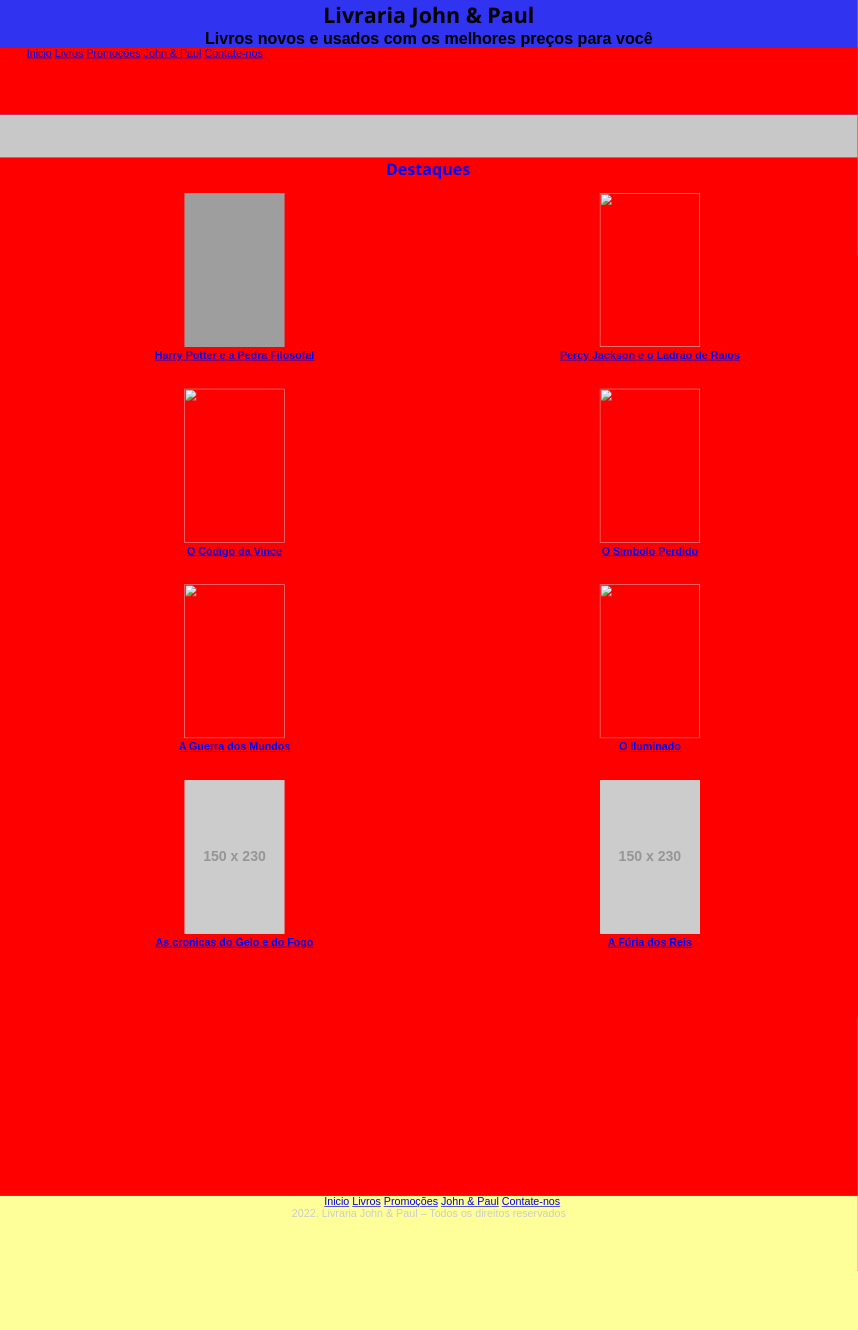
Repository: MarcoantonioCaldeira/Site-livraria-John-e-Paul
Page: index.html
The author's editor kept a copy of each file at every save. The page is drawn from the files as they stood at one save, then again after the next save.
The browser window is 1280 px wide. The pictures show the whole page, at 67% of full size.
Pictures or frames that could not be fetched are drawn as grey boxes.

Above is the page before, as saved 2022-09-23 21:53:50.

### index.html
<!doctype html>
<html dir="ltr" lang="pt-BR">
<head>
   <meta charset="utf-8">
   <meta name="viewport" content="width=device-width, initial-scale=1.0">

   <title>Meu Primeiro Projeto</title>
   <link rel="stylesheet" href="css/estilo.css">
</head>
<body>
<header id="topo">
   <h1 class="center"> Livraria John & Paul</h1>
   <h2 class="center">Livros novos e usados com os melhores preços para você</h2>
   <nav id="menu">
      <ul>
         <li><a href="index.html">Inicio</a></li>
         <li><a href="produtos.html">Livros</a></li>
         <li><a href="#">Promoções</a></li>
         <li><a href="sobre.html">John & Paul</a></li>
         <li><a href="contato.html">Contate-nos</a></li>
      </ul>
   </nav>
</header>
</label>


</nav>
<section class="destaques">
   <h2 style="color:blue" class="h2_destaque"> Destaques </h2>
   <ul>
      <li>
         <img src="images/" width="150" height="230" alt="">
         <a href="#"><strong>Harry Potter e a Pedra Filosofal</strong></a>
      </li>
      <li>
         <img src="" width="150" height="230" alt="">
         <a href="#"><strong>Percy Jackson e o Ladrão de Raios</strong></a>
      </li>
      <li>
         <img src="" width="150" height="230" alt="">
         <a href="#"><strong>O Código da Vince</strong></a>
      </li>
      <li>
         <img src="" width="150" height="230" alt="">
         <a href="#"><strong>O Símbolo Perdido</strong></a>
      </li>
      <li>
         <img src="" width="150" height="230" alt="">
         <a href="#"><strong>A Guerra dos Mundos</strong></a>
      </li>
      <li>
         <img src="" width="150" height="230" alt="">
         <a href="#"><strong>O Iluminado</strong></a>
      </li>
      <li>
         <img src="http://placehold.co/150x230" width="150" height="230" alt="">
         <a href="#"><strong>As cronicas do Gelo e do Fogo</strong></a>
      </li>
      <li>
         <img src="http://placehold.co/150x230" width="150" height="230" alt="">
         <a href="#"><strong>A Fúria dos Reis</strong></a>
      </li>
   </ul>
</section>
<footer id="rodape">
   <ul class="ul_rodape">
      <li><a href="index.html">Inicio</a></li>
      <li><a href="produtos.html">Livros</a></li>
      <li><a href="#">Promoções</a></li>
      <li><a href="sobre.html">John & Paul</a></li>
      <li><a href="contato.html">Contate-nos</a></li>
   </ul>
   <p>2022. Livraria John & Paul – Todos os direitos reservados</p>
</footer>

</body>
</html>

### css/estilo.css
/* Import font from google */
@import url(http://fonts.googleapis.com/css?family=Open+Sans:400,300,700);

*{
   margin: 0;
}


body{
   background-color: rgb(200,200,200);
   font-family: sans-serif;
   margin: 0;
   padding: 0;
}
h1,h3,h4,h5,h6{
   font-family: 'Open Sans', sans-serif;
}

.h2_destaque{
   margin-left: 45%;
   margin-top: 5%;
   font-family: 'Open Sans', sans-serif;
}

#topo, section{
   background-color:rgb(48, 51, 239);
   width: 100%;
   margin:0 auto;
}

.destaques{
   background-color: red;
   width: 100%;
   height:1550px;
}


#menu{
   width:100%;
   height:100px;
   background-color:red;
   margin:0 auto;
}


#menu li{
   display:inline;
}
.destaques li{
   width: 50%;
   float: left;
   text-align: center;
   list-style: none;
   padding: 20px 0;
}

.destaques li strong{
   width: 100%;
   display: block;
}
.center{
   text-align: center;
}
table, tr, td{
   border: 1px solid #000;
}
table{
   background-color: #ddd;
}
form fieldset{
   border: none;
}
form legend{
   text-transform: uppercase;
   font-size: 1.2em;
   padding: 0;
   width: 100%;
   border-bottom: 1px solid #555;
}
form label, form input:not([type=checkbox]), form select, form textarea{
   width: 100%;
}
form div{
   width: 48%;
   margin: 0 1%;
   height: 180px;
   float: left;
}
button{
   padding: 10px 20px;
   background-color: blue;
   color: #fff;
   border: none;
   -webkit-border-radius: 5px;
   -moz-border-radius: 5px;
   border-radius: 5px;
}
#rodape{
   width: 100%;
   height: 200px;
   background-color:  #ffff99;
   color: #ccc;
   float: left;
   text-align: center;
}

li {
   display: inline;
   text-decoration: none;
}

















@media  screen and (max-width: 750px){


   #main-menu {
      display: none;
    }
    #hamburger-menu {
      display: inline;
    }

   h2.center, h1.center{
      font-size: 19px;
      color: blue;
   }

   h2.h2_destaque{
      margin-left: 40%;
   }

   ul#ul_rodape{
      color: red;
   }

   p{
      color: black;
      margin-top: 20%;
      margin-left: 4%;
   }

}

After the next save:
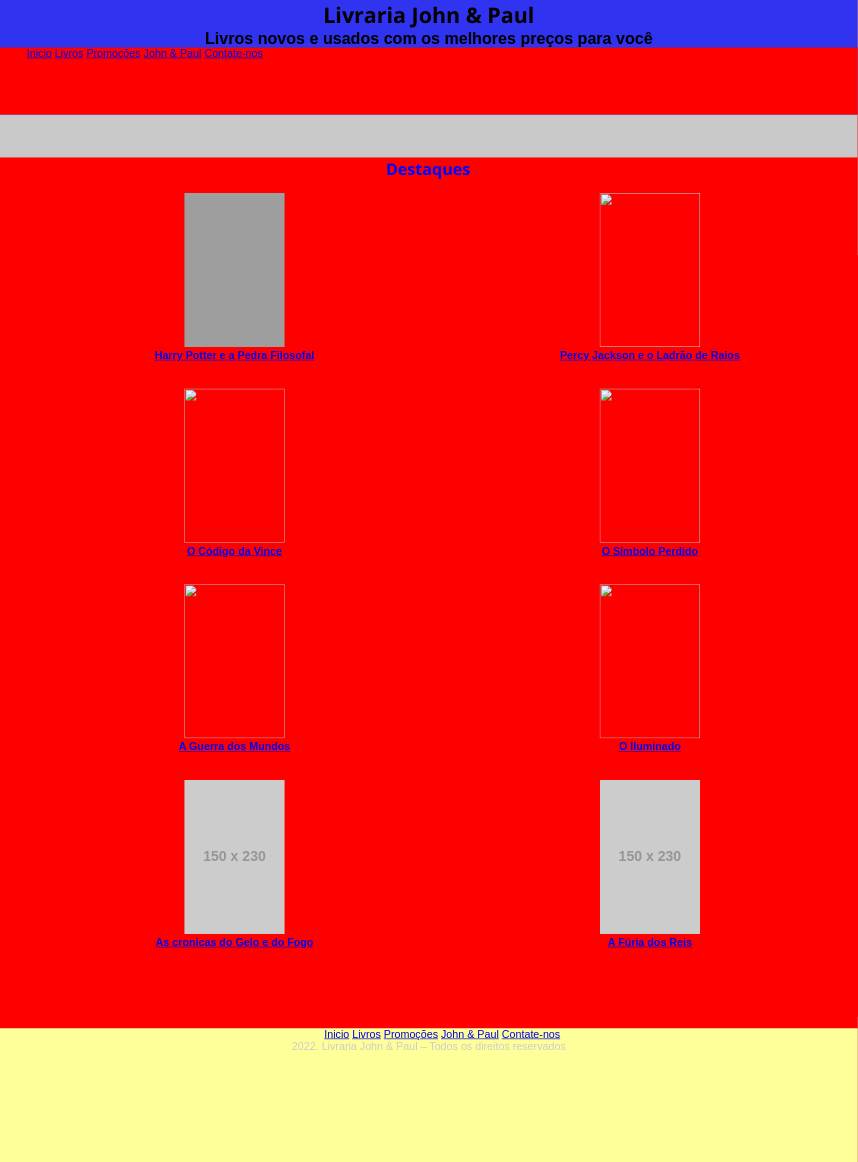
Saved 12 s later.
--- a/css/estilo.css
+++ b/css/estilo.css
@@ -31,7 +31,7 @@
 .destaques{
    background-color: red;
    width: 100%;
-   height:1550px;
+   height:1300px;
 }
 
 
